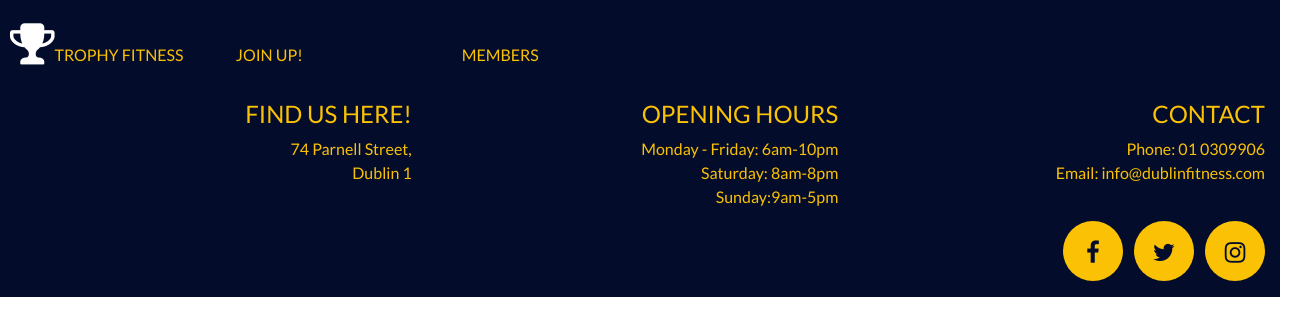
Repository: Code-Institute-Submissions/conbonbom-Milestone-project-1
Page: index.html
The author's editor kept a record of every edit. The page is drawn from the files as they stood at one moment, then again after the next edit.
The browser window is 1280 px wide. The page is 1295 px wide, so the pictures cover 1295 px, including what lies to the right of the window. The pictures show the whole page.

Above is the page before.

After the next edit:
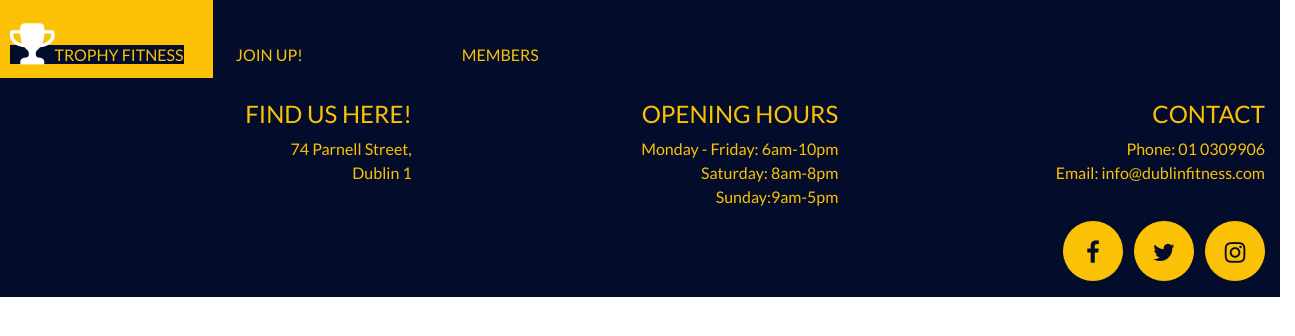
The edit:
--- a/Assets/style.css
+++ b/Assets/style.css
@@ -24,13 +24,10 @@
     font-size: 1em;
     color: #fac105;
     background-color: #030d2b;
-    transition: all 0.5s ease-in-out;
-    -moz-transition: all 0.5s ease-in-out;
-    -webkit-transition: all 0.5s ease-in-out;
-    -o-transition: all 0.5s ease-in-out;
+
 }
 
-.nav-item a:hover {
+.nav-item:hover {
     color: #030d2b;
     background: #fac105;
 }
